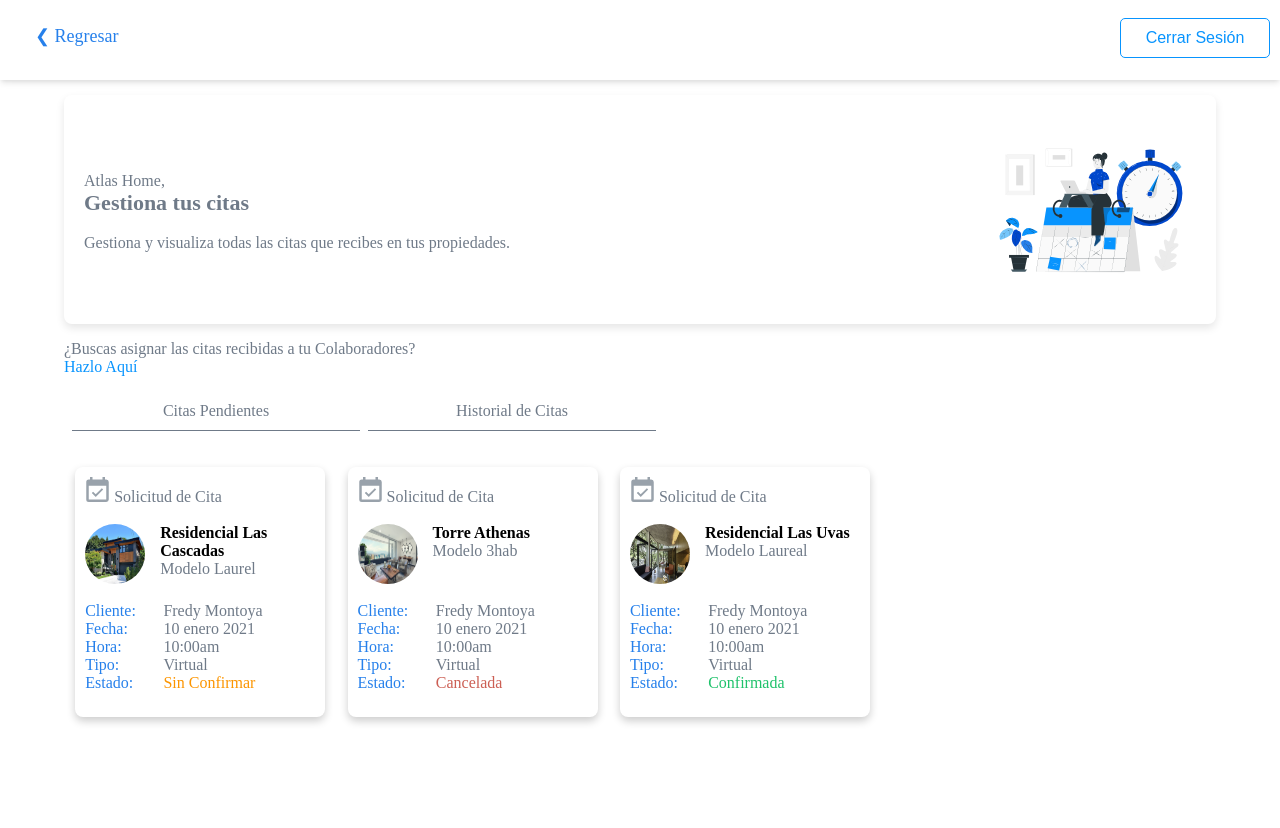
Repository: FabioMadrid/atlas_code
Page: vendedor_citas.html
These files come from the project's save history. The page is drawn as it stood at one moment and after the next save; the edit follows.
The browser window is 1280 px wide. The pictures show the whole page.
Some web fonts or font styles are not loaded; a fallback is used. Some web libraries are served in a nearby version.

Above is the page before, as saved 2021-01-13 10:23:49.
Console error: TypeError: Cannot read properties of undefined (reading 'style')

After the next save:
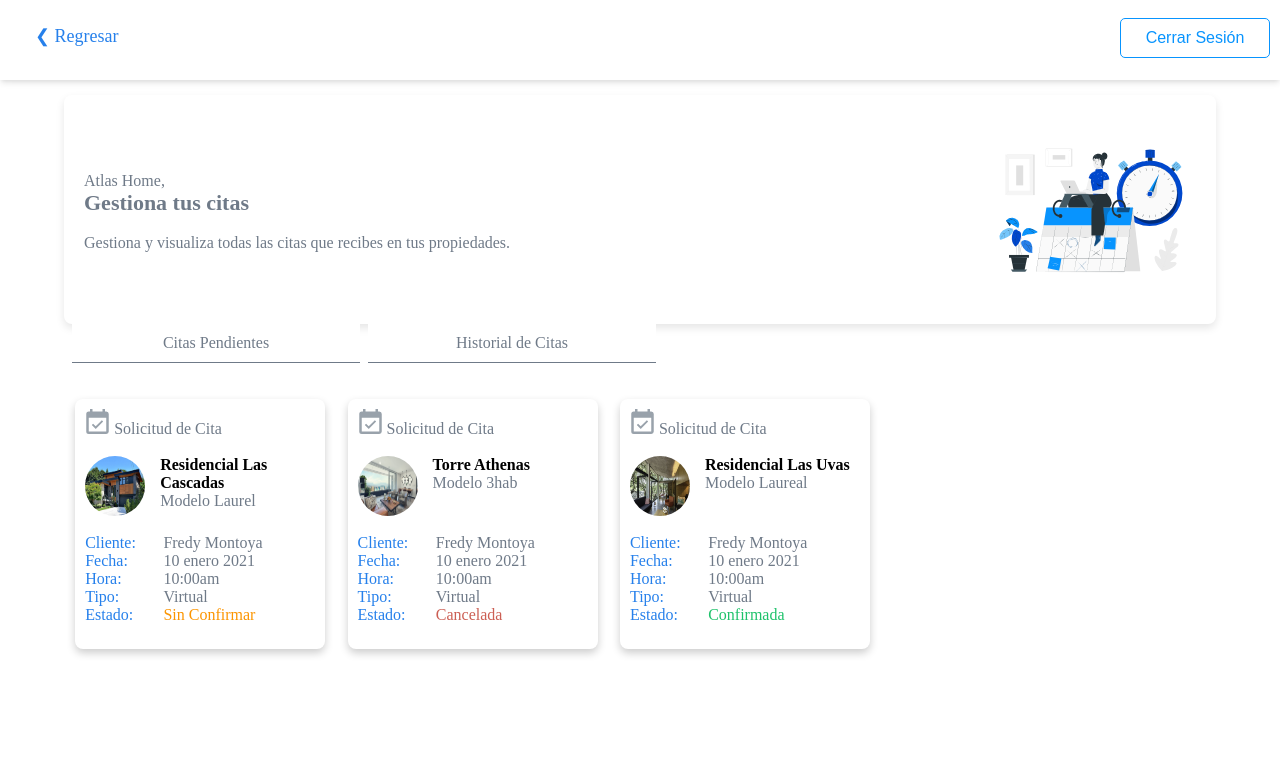
Saved 84 s later.
--- a/vendedor_citas.html
+++ b/vendedor_citas.html
@@ -54,6 +54,8 @@
 
         </div>
     </div>
+
+    <!--Para version 2.0 que incluyamos a los colaboradores
     <p class="text text-align" style="margin-left: 5%;">
         ¿Buscas asignar las citas recibidas a tu Colaboradores?
         <br>
@@ -61,7 +63,7 @@
              Hazlo Aquí
         </a>
     </p>
-
+    -->
 
 
 <section style="margin: 0 5% 100px">
